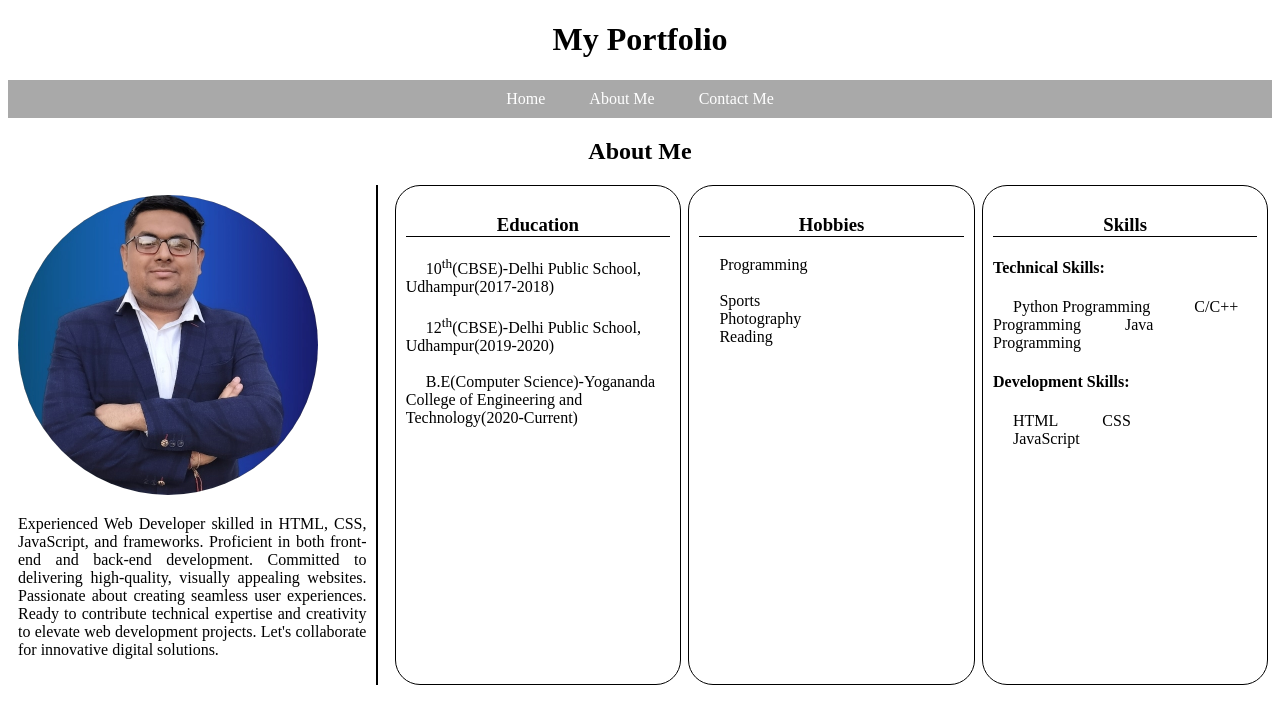
Repository: harshitanthal1/my_portfolio
Page: aboutme.html
An editor plug-in stored every save of this project. The page is shown before and after the next save, followed by the edit.
The browser window is 1280 px wide. The pictures show the whole page.

Above is the page before, as saved 2024-02-04 10:36:40.

### aboutme.html
<!DOCTYPE html>
<html lang="en">
<head>
    <meta charset="UTF-8">
    <meta name="viewport" content="width=device-width, initial-scale=1.0">
    <title>My Portfolio</title>
    <link rel="stylesheet" href="styles/styles.css" />
</head>
<body>
    <header><h1>My Portfolio</h1></header>
    <nav>
        <li><a href="index.html" >Home</a></li>
        <li><a href="aboutme.html" >About Me</a></li>
        <li><a href="contactme.html" >Contact Me</a></li>
    </nav>
    <h2>About Me</h2>
    <main>
    <div id="profile">
        <img src="images/my_pic.jpg" width="300px" alt="Avatar" />
        <p>
            Experienced Web Developer skilled in HTML, CSS, JavaScript, and frameworks. Proficient in both front-end and back-end development. Committed to delivering high-quality, visually appealing websites. Passionate about creating seamless user experiences. Ready to contribute technical expertise and creativity to elevate web development projects. Let's collaborate for innovative digital solutions.
        </p>
        </div>
    <div id="info">
        <div class="sub-box">
            <h3>Education</h3>
            <li>10<sup>th</sup>(CBSE)-Delhi Public School, Udhampur(2017-2018)</li>
            <br/>
            <br/>
            <li>12<sup>th</sup>(CBSE)-Delhi Public School, Udhampur(2019-2020)</li>
            <br />
            <br/>
            <li>B.E(Computer Science)-Yogananda College of Engineering and Technology(2020-Current)</li>
        </div>
        <div class="sub-box">
            <h3>Hobbies</h3>
                <li>Programming</li><br /><br />
                <li>Sports</li><br />
                <li>Photography</li><br />
                <li>Reading</li><br />
        </div>
        <div class="sub-box">
            <h3>Skills</h3>
            <h4>Technical Skills:</h4>
            <li>Python Programming</li>
            <li>C/C++ Programming</li>
            <li>Java Programming</li>
            <h4>Development Skills:</h4>
            <li>HTML</li>
            <li>CSS</li>
            <li>JavaScript</li>
        </div>
    </div>
    </main>
</body>
</html>

### styles/styles.css
header {
    text-align: center;
}

nav {
    background-color: darkgrey;
    color: white;
    padding: 10px;
    text-align: center;
}

li {
    display: inline;
    margin-right: 20px;
    margin-left: 20px;
}

a {
    text-decoration: none;
    color: white;
}

main {
    display: flex;
    flex-direction: row;
}

#profile {
    width: 29%;
    margin-right: 1%;;
    padding: 10px;
    width: 350px;
    border-right: 2px solid black;
}

#info {
    display: flex;
    width: 70%;
    justify-content: space-around;
}

.sub-box {
    width: 30%;
    border: 1.5px solid black;
    border-radius: 25px;
    padding: 10px;
}

h3 {
    text-align: center;
    border-bottom: 1.5px solid black;

}

p {
    text-align: justify;
}

img {
    border-radius: 50%;
}

h2 {
    text-align: center;
}

After the next save:
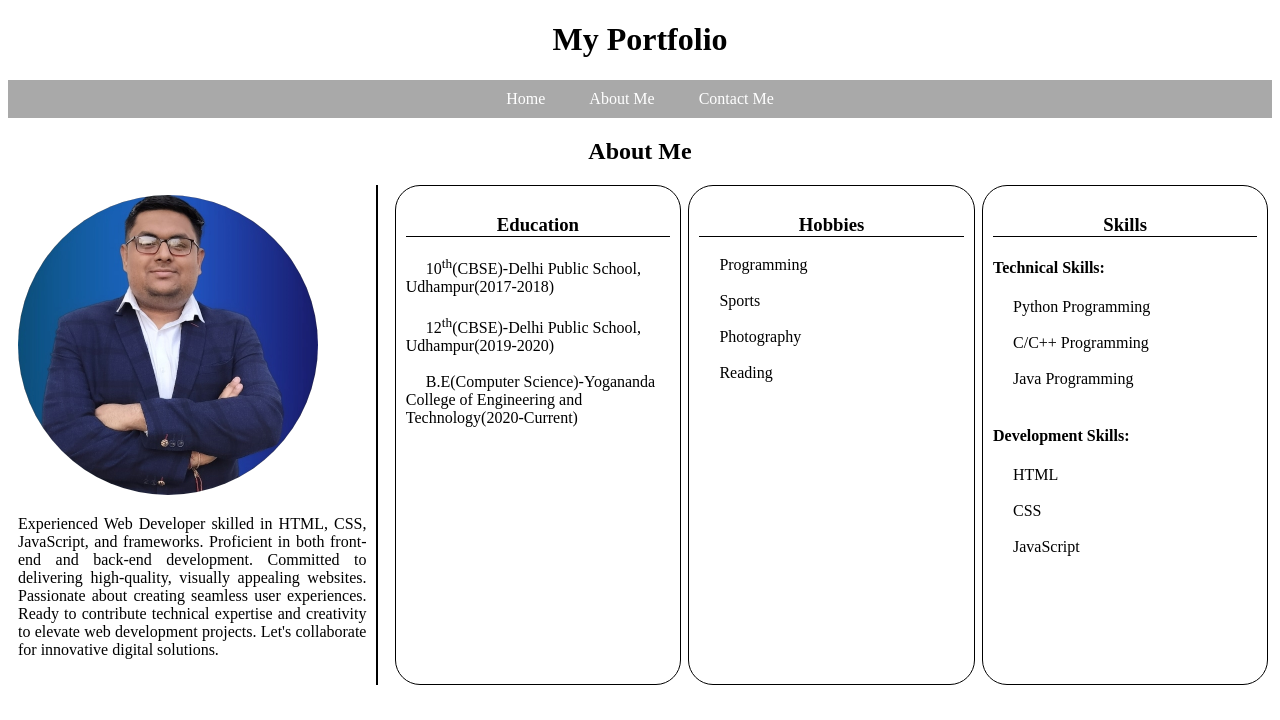
Saved 45 s later.
--- a/aboutme.html
+++ b/aboutme.html
@@ -35,20 +35,20 @@
         <div class="sub-box">
             <h3>Hobbies</h3>
                 <li>Programming</li><br /><br />
-                <li>Sports</li><br />
-                <li>Photography</li><br />
-                <li>Reading</li><br />
+                <li>Sports</li><br /><br />
+                <li>Photography</li><br /><br />
+                <li>Reading</li><br /><br />
         </div>
         <div class="sub-box">
             <h3>Skills</h3>
             <h4>Technical Skills:</h4>
-            <li>Python Programming</li>
-            <li>C/C++ Programming</li>
-            <li>Java Programming</li>
+            <li>Python Programming</li><br /><br />
+            <li>C/C++ Programming</li><br /><br />
+            <li>Java Programming</li><br /><br />
             <h4>Development Skills:</h4>
-            <li>HTML</li>
-            <li>CSS</li>
-            <li>JavaScript</li>
+            <li>HTML</li><br /><br />
+            <li>CSS</li><br /><br />
+            <li>JavaScript</li><br /><br />
         </div>
     </div>
     </main>
